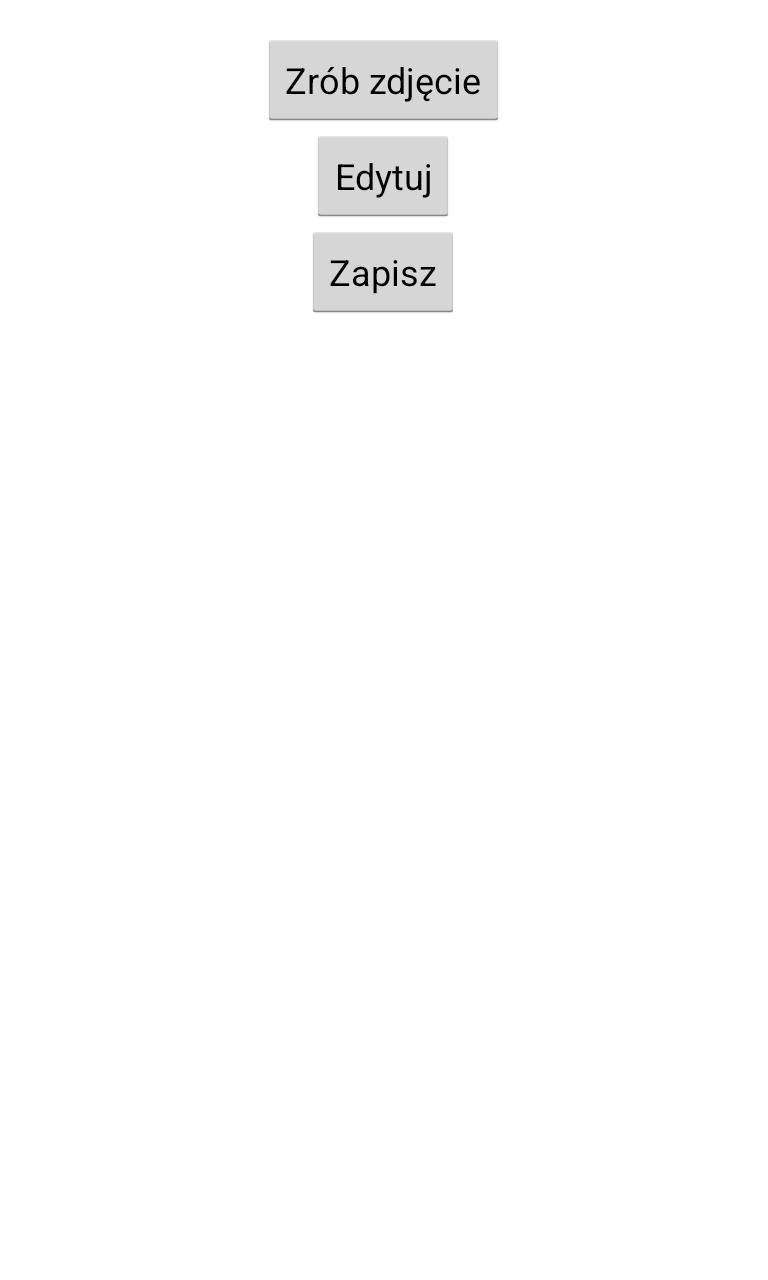
Repository: marvhew/EF
Layout: EFProject/res/layout/activity_main.xml
These files come from the project's save history. The layout is drawn as it stood at one moment and after the next save; the edit follows.
It is drawn on a 768 x 1280 px phone screen (xhdpi) without system bars, with theme AppTheme; the app's code is not run.

Above is the layout before, as saved 2015-01-25 19:25:58.

### EFProject/res/layout/activity_main.xml
<GridLayout xmlns:android="http://schemas.android.com/apk/res/android"
    xmlns:tools="http://schemas.android.com/tools"
    android:id="@+id/GridLayout1"
    android:layout_width="match_parent"
    android:layout_height="match_parent"
    android:columnCount="6"
    android:orientation="horizontal"
    android:paddingBottom="@dimen/activity_vertical_margin"
    android:paddingLeft="@dimen/activity_horizontal_margin"
    android:paddingRight="@dimen/activity_horizontal_margin"
    android:paddingTop="@dimen/activity_vertical_margin"
    android:rowCount="8"
    tools:context="com.example.efproject.MainActivity" >

    <Space
        android:layout_column="4"
        android:layout_gravity="fill_vertical"
        android:layout_row="3" />

    <Button
        android:id="@+id/Btn_SavePhoto"
        android:layout_column="3"
        android:layout_gravity="center_horizontal|top"
        android:layout_row="6"
        android:onClick="ClickSavePhotoButton"
        android:text="Zapisz" />

    <Button
        android:id="@+id/Btn_EditPhoto"
        android:layout_column="3"
        android:layout_gravity="center_horizontal|top"
        android:layout_row="4"
        android:onClick="ClickEditPhotoButton"
        android:text="Edytuj" />

    <Button
        android:id="@+id/Btn_TakePhoto"
        android:layout_column="3"
        android:layout_gravity="center_horizontal|top"
        android:layout_row="1"
        android:onClick="ClickTakePhotoButton"
        android:text="Zrób zdjęcie" />

    <ImageView
        android:id="@+id/imageView1"
        android:layout_width="fill_parent"
        android:layout_height="wrap_content"
        android:layout_column="3"
        android:layout_gravity="left|fill_vertical"
        android:layout_row="7" />

</GridLayout>

Loaded but not shown: EFProject/res/values/styles.xml (common file); EFProject/res/values-v11/styles.xml (common file); EFProject/res/values-v14/styles.xml (common file); EFProject/res/values/dimens.xml (common file); EFProject/res/values-w820dp/dimens.xml (common file)

After the next save:
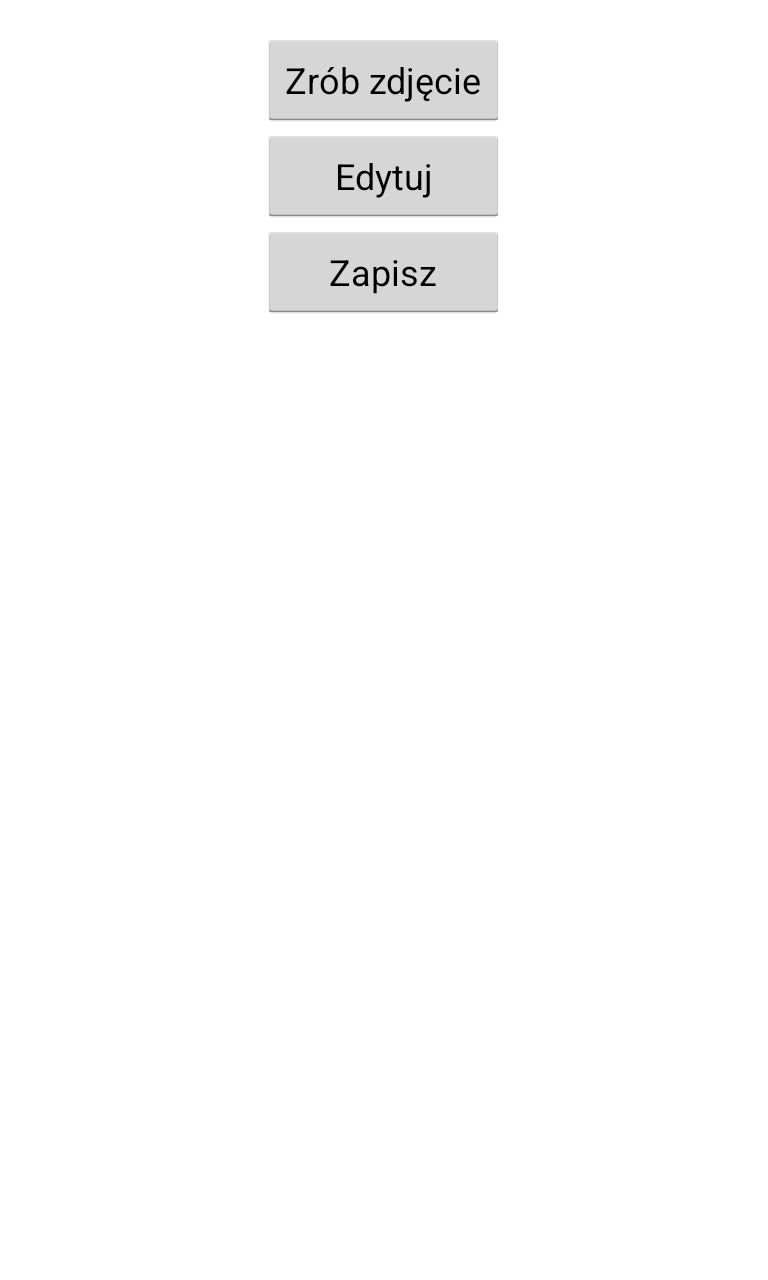
Saved 81 s later.
--- a/EFProject/res/layout/activity_main.xml
+++ b/EFProject/res/layout/activity_main.xml
@@ -1,52 +1,49 @@
-<GridLayout xmlns:android="http://schemas.android.com/apk/res/android"
+<RelativeLayout xmlns:android="http://schemas.android.com/apk/res/android"
     xmlns:tools="http://schemas.android.com/tools"
-    android:id="@+id/GridLayout1"
     android:layout_width="match_parent"
     android:layout_height="match_parent"
-    android:columnCount="6"
-    android:orientation="horizontal"
     android:paddingBottom="@dimen/activity_vertical_margin"
     android:paddingLeft="@dimen/activity_horizontal_margin"
     android:paddingRight="@dimen/activity_horizontal_margin"
     android:paddingTop="@dimen/activity_vertical_margin"
-    android:rowCount="8"
     tools:context="com.example.efproject.MainActivity" >
 
-    <Space
-        android:layout_column="4"
-        android:layout_gravity="fill_vertical"
-        android:layout_row="3" />
+    <Button
+        android:id="@+id/Btn_TakePhoto"
+        android:layout_width="wrap_content"
+        android:layout_height="wrap_content"
+        android:layout_alignParentTop="true"
+        android:layout_centerHorizontal="true"
+        android:text="Zrób zdjęcie"
+        android:onClick="ClickTakePhotoButton"/>
+
+
+    <Button
+        android:id="@+id/Btn_EditPhoto"
+        android:layout_width="wrap_content"
+        android:layout_height="wrap_content"
+        android:layout_alignLeft="@+id/Btn_TakePhoto"
+        android:layout_alignRight="@+id/Btn_TakePhoto"
+        android:layout_below="@+id/Btn_TakePhoto"
+        android:text="Edytuj"
+        android:onClick="ClickEditPhotoButton"/>
 
     <Button
         android:id="@+id/Btn_SavePhoto"
-        android:layout_column="3"
-        android:layout_gravity="center_horizontal|top"
-        android:layout_row="6"
-        android:onClick="ClickSavePhotoButton"
-        android:text="Zapisz" />
-
-    <Button
-        android:id="@+id/Btn_EditPhoto"
-        android:layout_column="3"
-        android:layout_gravity="center_horizontal|top"
-        android:layout_row="4"
-        android:onClick="ClickEditPhotoButton"
-        android:text="Edytuj" />
-
-    <Button
-        android:id="@+id/Btn_TakePhoto"
-        android:layout_column="3"
-        android:layout_gravity="center_horizontal|top"
-        android:layout_row="1"
-        android:onClick="ClickTakePhotoButton"
-        android:text="Zrób zdjęcie" />
+        android:layout_width="wrap_content"
+        android:layout_height="wrap_content"
+        android:layout_alignLeft="@+id/Btn_EditPhoto"
+        android:layout_alignRight="@+id/Btn_EditPhoto"
+        android:layout_below="@+id/Btn_EditPhoto"
+        android:text="Zapisz"
+        android:onClick="ClickSavePhotoButton"/>
 
     <ImageView
         android:id="@+id/imageView1"
-        android:layout_width="fill_parent"
+        android:layout_width="wrap_content"
         android:layout_height="wrap_content"
-        android:layout_column="3"
-        android:layout_gravity="left|fill_vertical"
-        android:layout_row="7" />
+        android:layout_alignLeft="@+id/Btn_SavePhoto"
+        android:layout_alignRight="@+id/Btn_SavePhoto"
+        android:layout_below="@+id/Btn_SavePhoto" />
 
-</GridLayout>
+</RelativeLayout>
